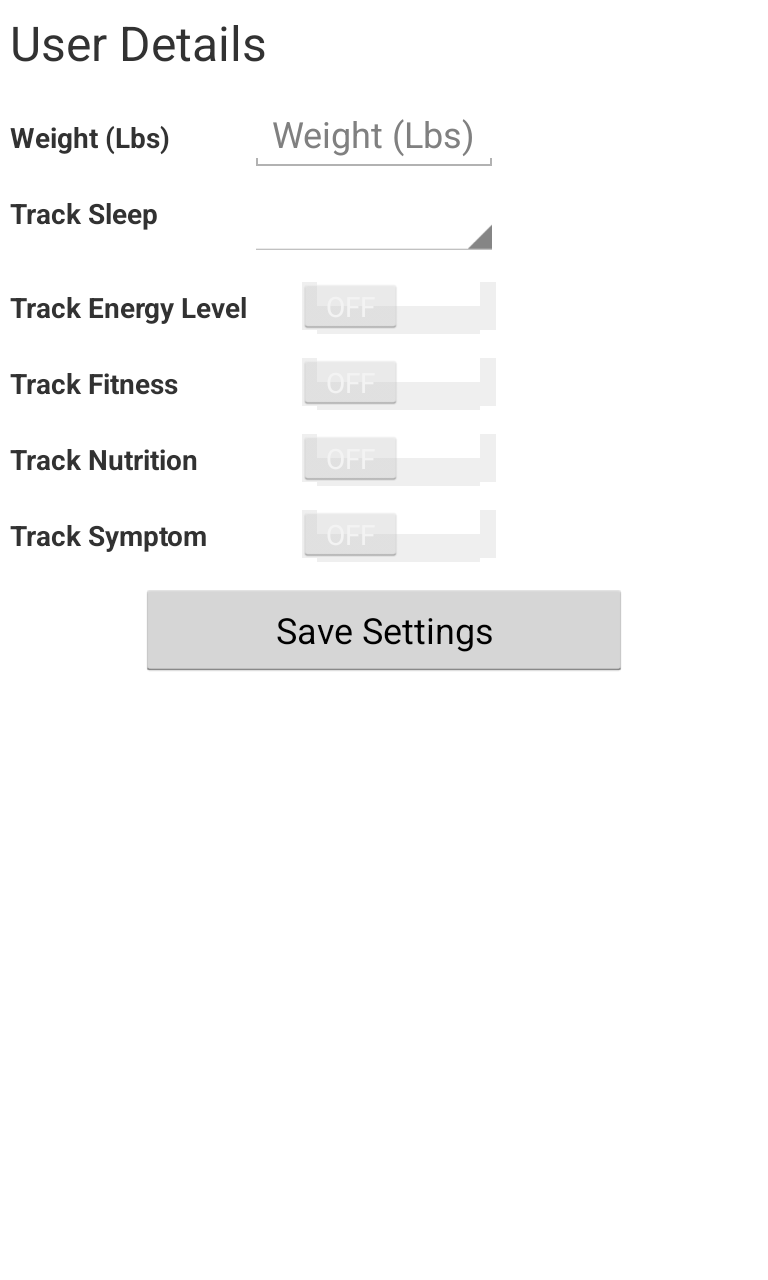
Repository: dillonyoung/CPD4493
Layout: TraCare/res/layout/addentry.xml
These files come from the project's save history. The layout is drawn as it stood at one moment and after the next save; the edit follows.
It is drawn on a 768 x 1280 px phone screen (xhdpi) without system bars, with theme AppTheme; the app's code is not run.

Above is the layout before, as saved 2013-04-05 22:49:50.

### TraCare/res/layout/addentry.xml
<?xml version="1.0" encoding="utf-8"?>
<ScrollView xmlns:android="http://schemas.android.com/apk/res/android"
    android:layout_width="fill_parent"
    android:layout_height="fill_parent" >

    <TableLayout
        android:id="@+id/TableLayout1"
        android:layout_width="match_parent"
        android:layout_height="wrap_content" >

        <TableRow
            android:id="@+id/tableRow1"
            android:layout_width="wrap_content"
            android:layout_height="wrap_content"
            android:padding="5dip" >

            <TextView
                android:id="@+id/textView1"
                android:layout_width="wrap_content"
                android:layout_height="wrap_content"
                android:layout_span="2"
                android:text="@string/user_details"
                android:textSize="24sp" />
        </TableRow>


        <TableRow
            android:id="@+id/tableRow4"
            android:layout_width="wrap_content"
            android:layout_height="wrap_content"
            android:padding="5dip" >

            <TextView
                android:id="@+id/textView3"
                android:layout_width="wrap_content"
                android:layout_height="wrap_content"
                android:text="@string/weight"
                android:textStyle="bold" />

            <EditText
                android:id="@+id/txtUserWeight"
                android:layout_width="wrap_content"
                android:layout_height="wrap_content"
                android:ems="6"
                android:hint="@string/weight"
                android:inputType="numberDecimal" />
        </TableRow>



        <TableRow
            android:id="@+id/tableRow7"
            android:layout_width="wrap_content"
            android:layout_height="wrap_content"
            android:padding="5dip" >

            <TextView
                android:id="@+id/textView6"
                android:layout_width="wrap_content"
                android:layout_height="wrap_content"
                android:text="@string/track_sleep"
                android:textStyle="bold" />

            <Spinner
                android:id="@+id/spinHours"
                android:layout_width="wrap_content"
                android:layout_height="wrap_content" />

        </TableRow>

        <TableRow
            android:id="@+id/tableRow8"
            android:layout_width="wrap_content"
            android:layout_height="wrap_content"
            android:padding="5dip" >

            <TextView
                android:id="@+id/textView7"
                android:layout_width="wrap_content"
                android:layout_height="wrap_content"
                android:text="@string/track_energy_level"
                android:textStyle="bold" />

            <Switch
                android:id="@+id/switchEnergyLevel"
                android:layout_width="wrap_content"
                android:layout_height="wrap_content"
                android:text="" />
        </TableRow>

        <TableRow
            android:id="@+id/tableRow9"
            android:layout_width="wrap_content"
            android:layout_height="wrap_content"
            android:padding="5dip" >

            <TextView
                android:id="@+id/textView8"
                android:layout_width="wrap_content"
                android:layout_height="wrap_content"
                android:text="@string/track_fitness"
                android:textStyle="bold" />

            <Switch
                android:id="@+id/switchFitness"
                android:layout_width="wrap_content"
                android:layout_height="wrap_content"
                android:text="" />
        </TableRow>

        <TableRow
            android:id="@+id/tableRow10"
            android:layout_width="wrap_content"
            android:layout_height="wrap_content"
            android:padding="5dip" >

            <TextView
                android:id="@+id/textView9"
                android:layout_width="wrap_content"
                android:layout_height="wrap_content"
                android:text="@string/track_nutrition"
                android:textStyle="bold" />

            <Switch
                android:id="@+id/switchNutrition"
                android:layout_width="wrap_content"
                android:layout_height="wrap_content"
                android:text="" />
        </TableRow>

                <TableRow
            android:id="@+id/tableRow11"
            android:layout_width="wrap_content"
            android:layout_height="wrap_content"
            android:padding="5dip" >

            <TextView
                android:id="@+id/textView10"
                android:layout_width="wrap_content"
                android:layout_height="wrap_content"
                android:text="@string/track_symptom"
                android:textStyle="bold" />

            <Switch
                android:id="@+id/switchSymptom"
                android:layout_width="wrap_content"
                android:layout_height="wrap_content"
                android:text="" />
        </TableRow>

        <TableRow
            android:id="@+id/tableRow12"
            android:layout_width="wrap_content"
            android:layout_height="wrap_content"
            android:gravity="center_horizontal"
            android:padding="5dip" >

            <Button
                android:id="@+id/btnSave"
                android:layout_width="wrap_content"
                android:layout_height="wrap_content"
                android:layout_span="2"
                android:text="@string/savesettings" />
        </TableRow>
    </TableLayout>

</ScrollView>

### TraCare/res/values/strings.xml
<?xml version="1.0" encoding="utf-8"?>
<resources>

    <string name="app_name">TraCare</string>
    <string name="action_settings">Settings</string>
    <string name="title_section1">Section 1</string>
    <string name="title_section2">Section 2</string>
    <string name="title_section3">Section 3</string>
    <string name="user_details">User Details</string>
    <string name="gender">Gender</string>
    <string name="male">Male</string>
    <string name="female">Female</string>
    <string name="weight">Weight (Lbs)</string>
    <string name="preferences">Preferences</string>
    <string name="track_weight">Track Weight</string>
    <string name="track_sleep">Track Sleep</string>
    <string name="track_energy_level">Track Energy Level</string>
    <string name="track_quality_of_sleep">Track Quality of Sleep</string>
    <string name="track_fitness">Track Fitness</string>
    <string name="track_nutrition">Track Nutrition</string>
    <string name="savesettings">Save Settings</string>
    <string name="yourname">Your name</string>
    <string name="track_symptom">Track Symptom</string>
    <string name="image"></string>
    <string name="menu_add_entry">Add Entry</string>
    <string name="menu_delete_entry">Delete Entry</string>

    <string-array name="hours_of_sleep">
        <item>0.0 Hours of Sleep</item>
        <item>0.5 Hours of Sleep</item>
        <item>1.0 Hours of Sleep</item>
        <item>1.5 Hours of Sleep</item>
        <item>2.0 Hours of Sleep</item>
        <item>2.5 Hours of Sleep</item>
        <item>3.0 Hours of Sleep</item>
        <item>3.5 Hours of Sleep</item>
        <item>4.0 Hours of Sleep</item>
        <item>4.5 Hours of Sleep</item>
        <item>5.0 Hours of Sleep</item>
        <item>5.5 Hours of Sleep</item>
        <item>6.0 Hours of Sleep</item>
        <item>6.5 Hours of Sleep</item>
        <item>7.0 Hours of Sleep</item>
        <item>7.5 Hours of Sleep</item>
        <item>8.0 Hours of Sleep</item>
        <item>8.5 Hours of Sleep</item>
        <item>9.0 Hours of Sleep</item>
        <item>9.5 Hours of Sleep</item>
        <item>10.0 Hours of Sleep</item>
        <item>10.5 Hours of Sleep</item>
        <item>11.0 Hours of Sleep</item>
        <item>11.5 Hours of Sleep</item>
        <item>12.0 Hours of Sleep</item>
        <item>12.5 Hours of Sleep</item>
        <item>13.0 Hours of Sleep</item>
        <item>13.5 Hours of Sleep</item>
        <item>14.0 Hours of Sleep</item>
        <item>14.5 Hours of Sleep</item>
        <item>15.0 Hours of Sleep</item>
        <item>15.5 Hours of Sleep</item>
        <item>16.0 Hours of Sleep</item>
        <item>16.5 Hours of Sleep</item>
        <item>17.0 Hours of Sleep</item>
        <item>17.5 Hours of Sleep</item>
        <item>18.0 Hours of Sleep</item>
        <item>18.5 Hours of Sleep</item>
        <item>19.0 Hours of Sleep</item>
        <item>19.5 Hours of Sleep</item>
        <item>20.0 Hours of Sleep</item>
        <item>20.5 Hours of Sleep</item>
        <item>21.0 Hours of Sleep</item>
        <item>21.5 Hours of Sleep</item>
        <item>22.0 Hours of Sleep</item>
        <item>22.5 Hours of Sleep</item>
        <item>23.0 Hours of Sleep</item>
        <item>23.5 Hours of Sleep</item>
    </string-array>
    <string-array name="energy_level">
        <item>Poor Energy Level</item>
        <item>Good Energy Level</item>
        <item>Average Energy Level</item>
        <item>Excellent Energy Level</item>
    </string-array>
    <string-array name="quality_of_sleep">
        <item>Poor Quality of Sleep</item>
        <item>Good Quality of Sleep</item>
        <item>Average Quality of Sleep</item>
        <item>Excellent Quality of Sleep</item>
    </string-array>

</resources>

Loaded but not shown: TraCare/res/values/styles.xml (common file); TraCare/res/values-v11/styles.xml (common file); TraCare/res/values-v14/styles.xml (common file)

After the next save:
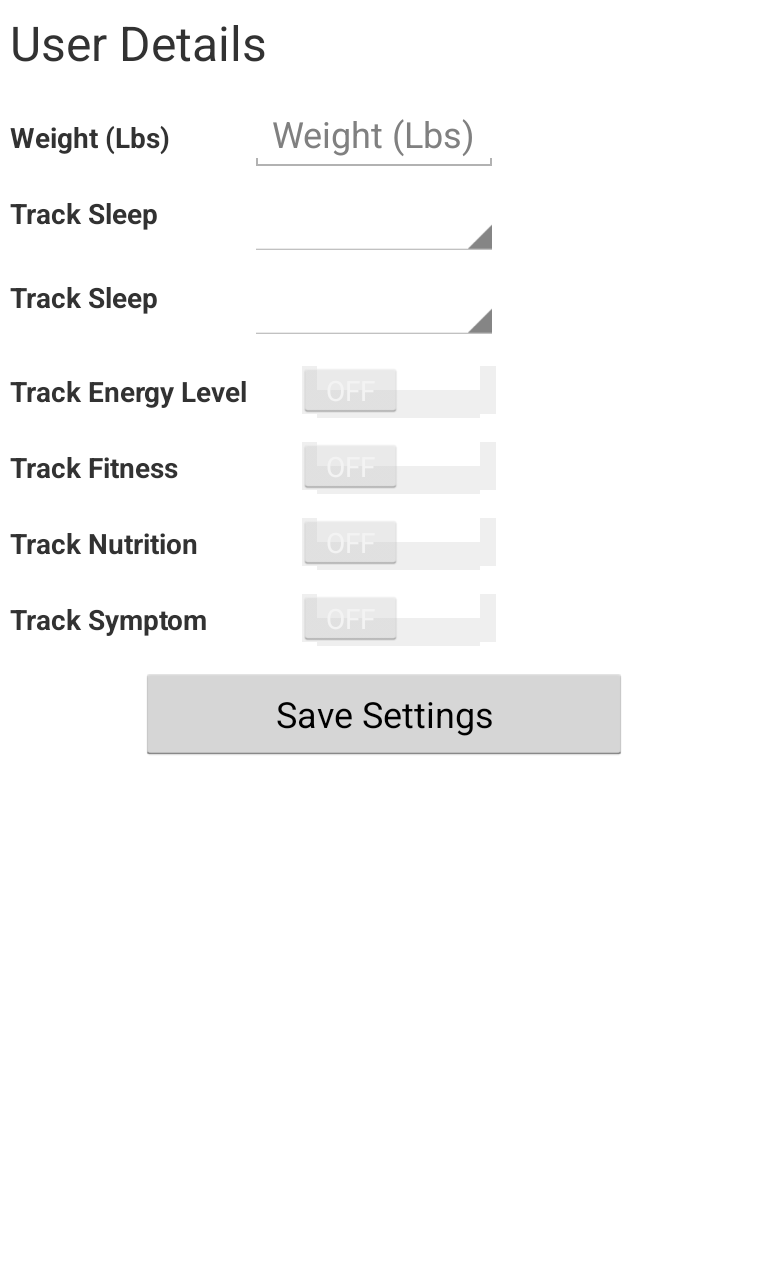
Saved 4 min 12 s later.
--- a/TraCare/res/layout/addentry.xml
+++ b/TraCare/res/layout/addentry.xml
@@ -63,6 +63,26 @@
 
             <Spinner
                 android:id="@+id/spinHours"
+                android:layout_width="wrap_content"
+                android:layout_height="wrap_content" />
+
+        </TableRow>
+
+                <TableRow
+            android:id="@+id/tableRow7"
+            android:layout_width="wrap_content"
+            android:layout_height="wrap_content"
+            android:padding="5dip" >
+
+            <TextView
+                android:id="@+id/textView6"
+                android:layout_width="wrap_content"
+                android:layout_height="wrap_content"
+                android:text="@string/track_sleep"
+                android:textStyle="bold" />
+
+            <Spinner
+                android:id="@+id/spinQualityofSleep"
                 android:layout_width="wrap_content"
                 android:layout_height="wrap_content" />
 
